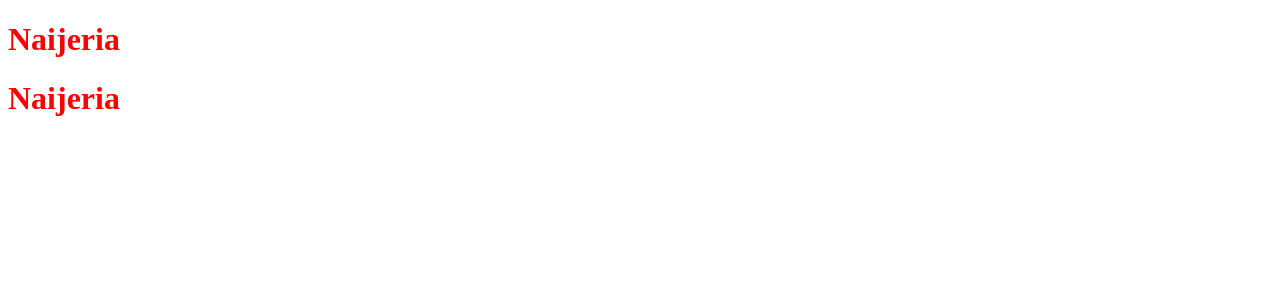
Repository: nashthecoder/vuebasics
Page: control-structures.html
These files come from the project's save history. The page is drawn as it stood at one moment and after the next save; the edit follows.
The browser window is 1280 px wide. The pictures show the whole page.

Above is the page before, as saved 2021-01-05 20:12:45.

### control-structures.html
<!DOCTYPE html>
<html lang="en">

<style>
 .active{color: green;} .notActive{color: red;}
</style>

<div id="app">

  <h1 class="static" :class="{active: isActive, 'notActive' : !isActive}">{{ name }}</h1>

  <h1 :class="[isActive ? 'active' : 'notActive']">{{name}}</h1>

</div>

<script src="https://cdn.jsdelivr.net/npm/vue@2/dist/vue.js"></script>


<script>

  let vm = new Vue({

    el: '#app',
    data: {
      isActive: false,
      hasError: true,
      name: 'Naijeria',
    }

  })

</script>

After the next save:
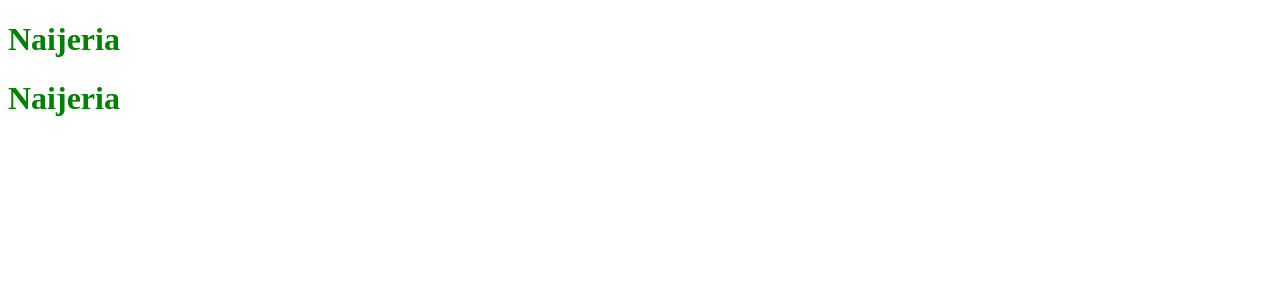
Saved 21 s later.
--- a/control-structures.html
+++ b/control-structures.html
@@ -22,7 +22,7 @@
 
     el: '#app',
     data: {
-      isActive: false,
+      isActive: true,
       hasError: true,
       name: 'Naijeria',
     }
